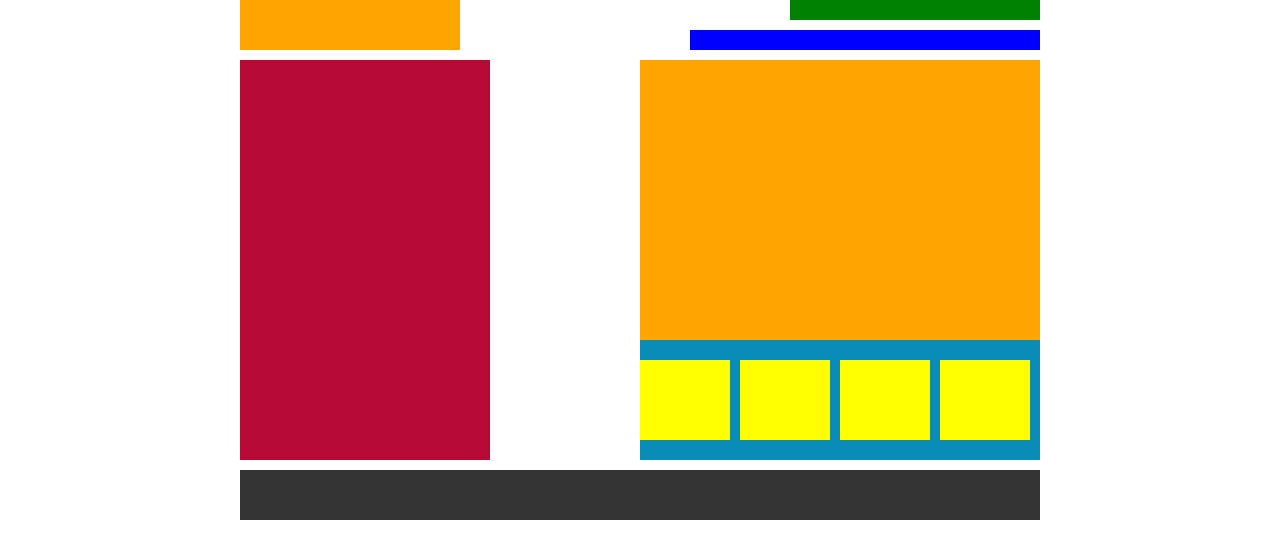
Repository: Tdaine/node
Page: css/code/floatWebLayout.html
These files come from the project's save history. The page is drawn as it stood at one moment and after the next save; the edit follows.
The browser window is 1280 px wide. The pictures show the whole page.

Above is the page before, as saved 2021-04-28 15:46:45.

After the next save:
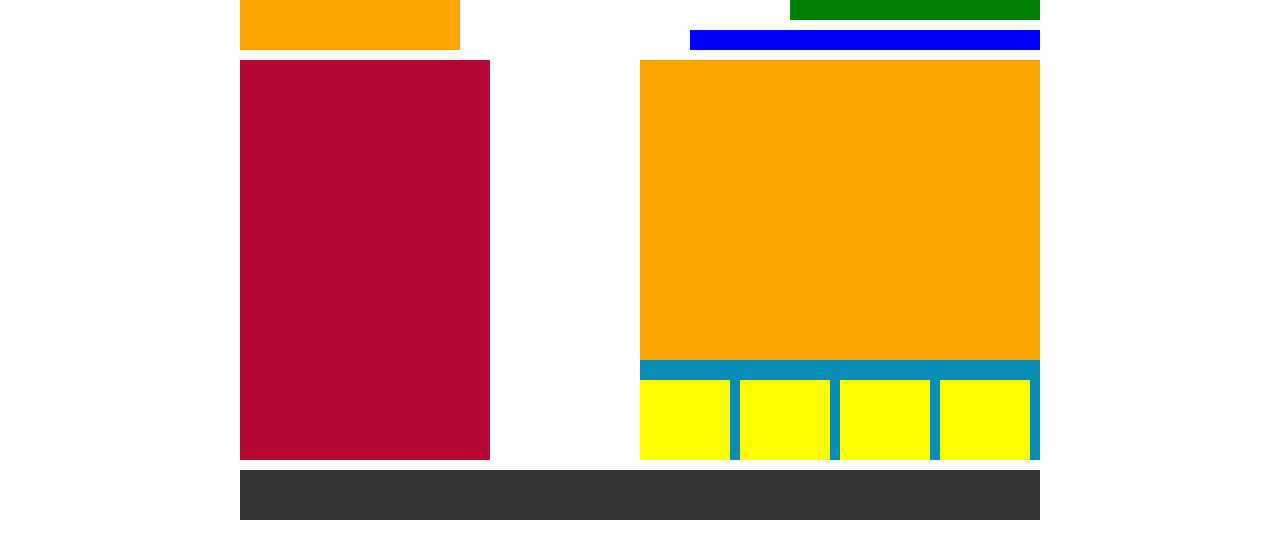
Saved 34 s later.
--- a/css/code/floatWebLayout.html
+++ b/css/code/floatWebLayout.html
@@ -60,7 +60,7 @@
     }
     .content main .banner{
       width: 400px;
-      height: 280px;
+      height: 300px;
       background-color: orange;
     }
     .content main .pics{
